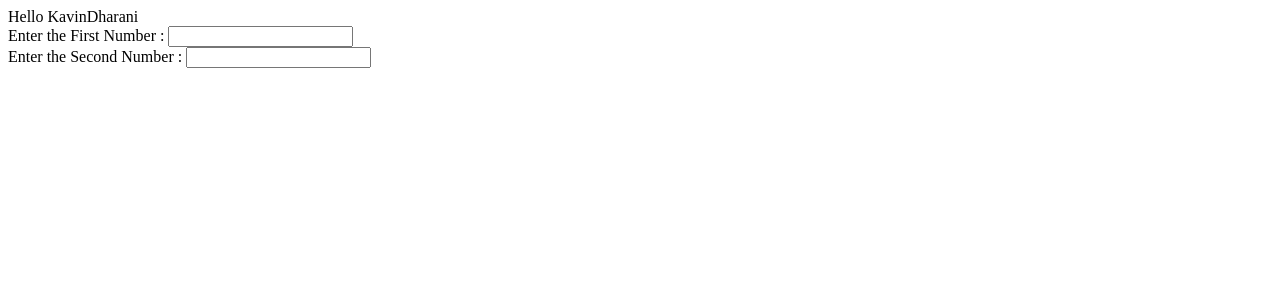
Repository: KavinAdithya/Servlet-JSP
Page: RemoAPP/src/main/webapp/Helo.html
These files come from the project's save history. The page is drawn as it stood at one moment and after the next save; the edit follows.
The browser window is 1280 px wide. The pictures show the whole page.

Above is the page before, as saved 2024-03-15 01:28:55.

After the next save:
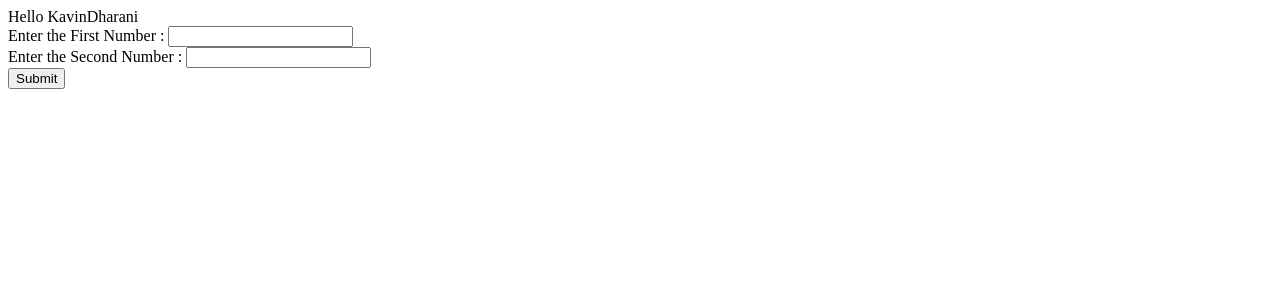
Saved 88 s later.
--- a/RemoAPP/src/main/webapp/Helo.html
+++ b/RemoAPP/src/main/webapp/Helo.html
@@ -7,9 +7,10 @@
 </head>
 <body>
     Hello KavinDharani
-    <form action="add">
+    <form action="add" target="_blank">
     	Enter the First Number : <input type="text" name="num1"><br>
     	Enter the Second Number : <input type="text" name="num2"><br>
+    	<input type="Submit">
     </form>
 </body>
 </html>
